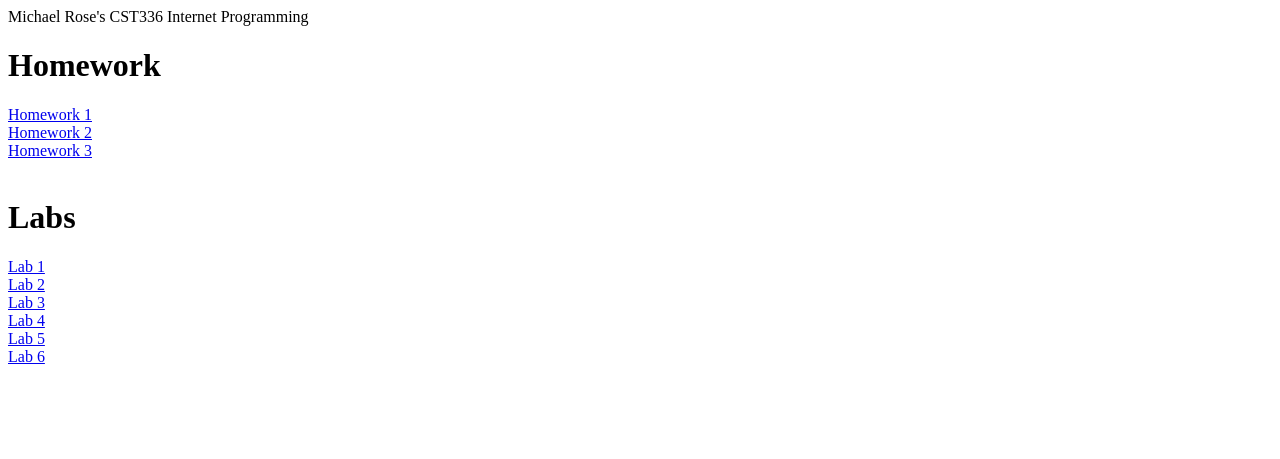
Repository: granolavsraosins/CST336
Page: http://localhost/rramirezhw1/index.php
The author's editor kept a record of every edit. The page is drawn from the files as they stood at one moment, then again after the next edit.
The browser window is 1280 px wide. The pictures show the whole page.
The page is run by PHP 8.4 with error messages shown; the project is at /var/www/html/.

Above is the page before.

After the next edit:
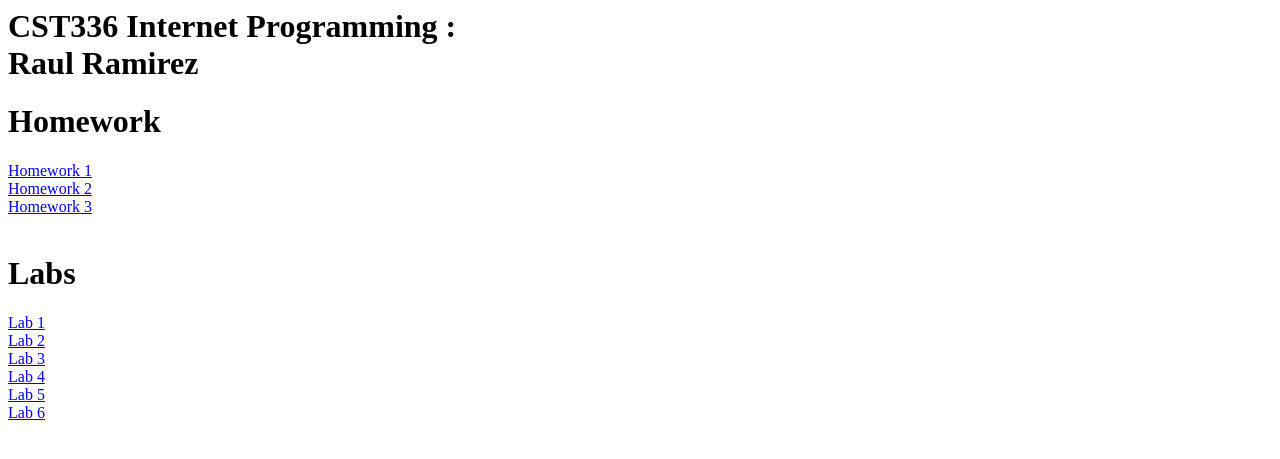
The edit:
--- a/cst336raulramirez/index.php
+++ b/cst336raulramirez/index.php
@@ -1,8 +1,7 @@
 <html>
     <body>
 <?php
-
-echo "Michael Rose's CST336 Internet Programming";
+    echo "<h1>CST336 Internet Programming : <br>Raul Ramirez </h1>";
 ?>
 <h1> Homework </h1>
 <a href="hw/hw1/summary.html"> Homework 1</a>
